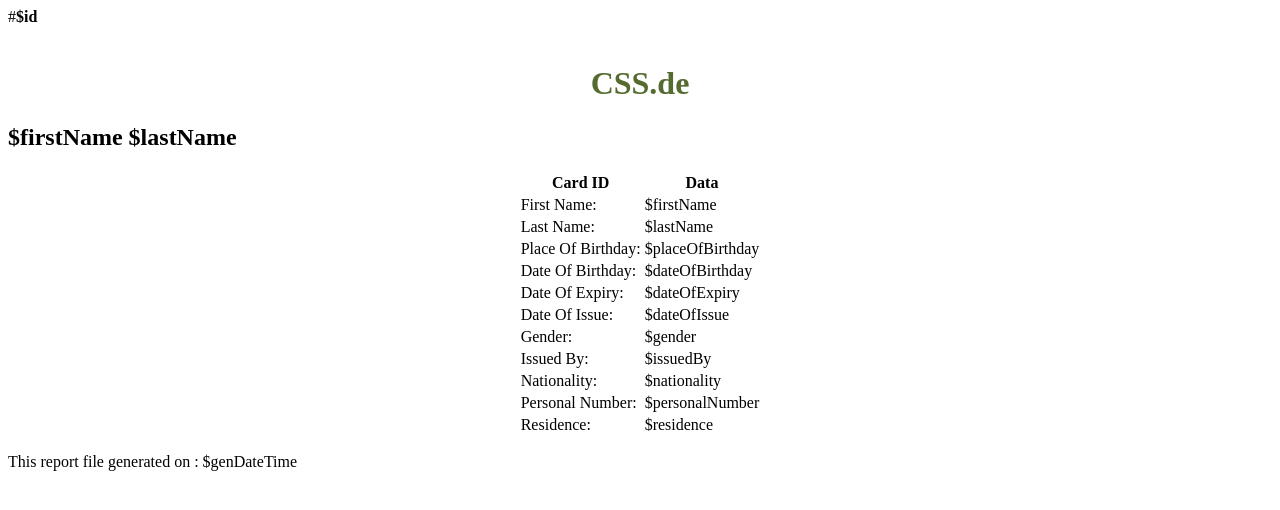
Repository: Len2/Topic4
Page: src/main/resources/templates/PDF_template.html
These files come from the project's save history. The page is drawn as it stood at one moment and after a run of saves; the edit follows.
The browser window is 1280 px wide. The pictures show the whole page.

Above is the page before, as saved 2020-09-07 11:25:47.

### src/main/resources/templates/PDF_template.html
<!DOCTYPE html>
<html>
<body>
#<b>$id</b>
<br/>
<br/>
<div style="color: darkolivegreen; text-align: center;">
    <h1>CSS.de</h1>
</div>


<h2>$firstName $lastName</h2>
    <table style="margin-left: auto; margin-right: auto;">
        <tr>
          <th>Card ID</th>
          <th>Data</th>
        </tr>

        <tr>
          <td>First Name:</td>
          <td>$firstName</td>
        </tr>
        <tr>
          <td>Last Name:</td>
          <td>$lastName</td>
        </tr>
        <tr>
          <td>Place Of Birthday:</td>
          <td>$placeOfBirthday</td>
        </tr>
        <tr>
          <td>Date Of Birthday:</td>
          <td>$dateOfBirthday</td>
        </tr>
        <tr>
          <td>Date Of Expiry:</td>
          <td>$dateOfExpiry</td>
        </tr>
        <tr>
          <td>Date Of Issue:</td>
          <td>$dateOfIssue</td>
        </tr>
        <tr>
          <td>Gender:</td>
          <td>$gender</td>
        </tr>
        <tr>
          <td>Issued By:</td>
          <td>$issuedBy</td>
        </tr>
        <tr>
            <td>Nationality:</td>
            <td>$nationality</td>
          </tr>
        <tr>
          <td>Personal Number:</td>
          <td>$personalNumber</td>
        </tr>
        <tr>
          <td>Residence:</td>
          <td>$residence</td>
        </tr>
      </table>
<p>This report file generated on : $genDateTime</p>
</body>
</html>

After the next 6 saves:
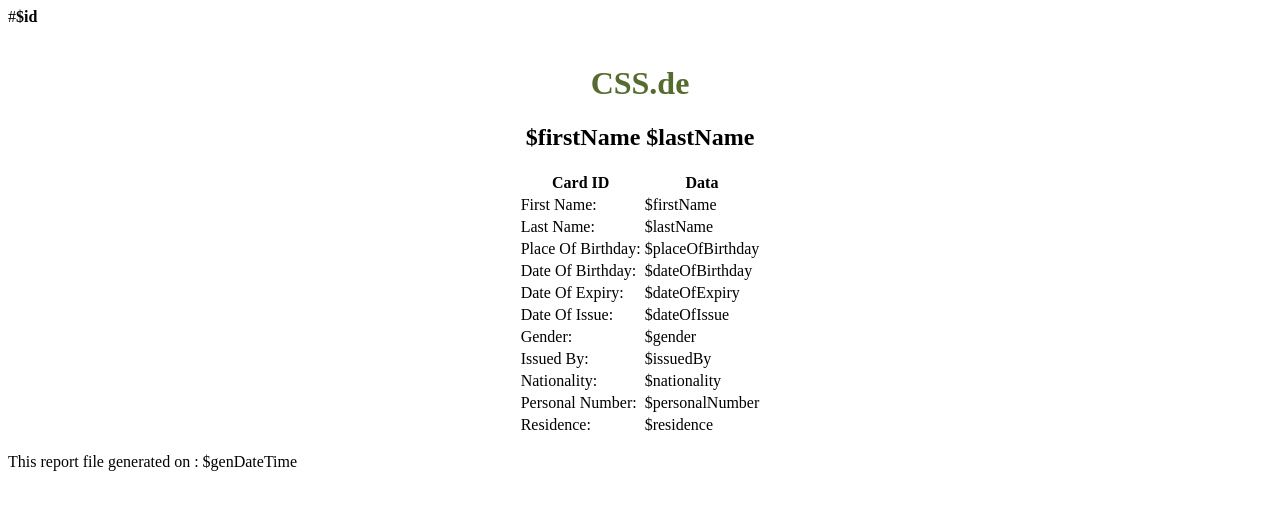
The 6 saves are shown as one change because they came seconds apart.
The last was saved 28 s later.
--- a/src/main/resources/templates/PDF_template.html
+++ b/src/main/resources/templates/PDF_template.html
@@ -9,7 +9,7 @@
 </div>
 
 
-<h2>$firstName $lastName</h2>
+<h2 style="text-align: center;">$firstName $lastName</h2>
     <table style="margin-left: auto; margin-right: auto;">
         <tr>
           <th>Card ID</th>
